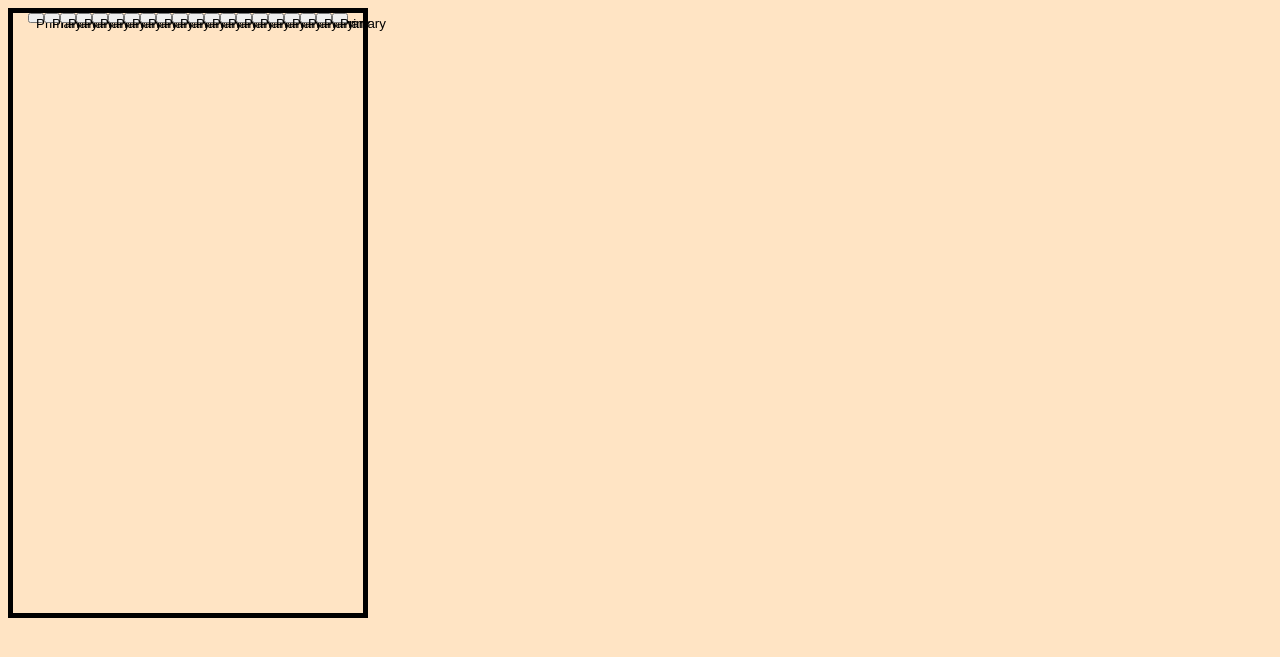
Repository: noahcallen/LAB-calculator
Page: index.html
An editor plug-in stored every save of this project. The page is shown before and after the next save, followed by the edit.
The browser window is 1280 px wide. The pictures show the whole page.

Above is the page before, as saved 2024-07-10 18:28:40.

After the next save:
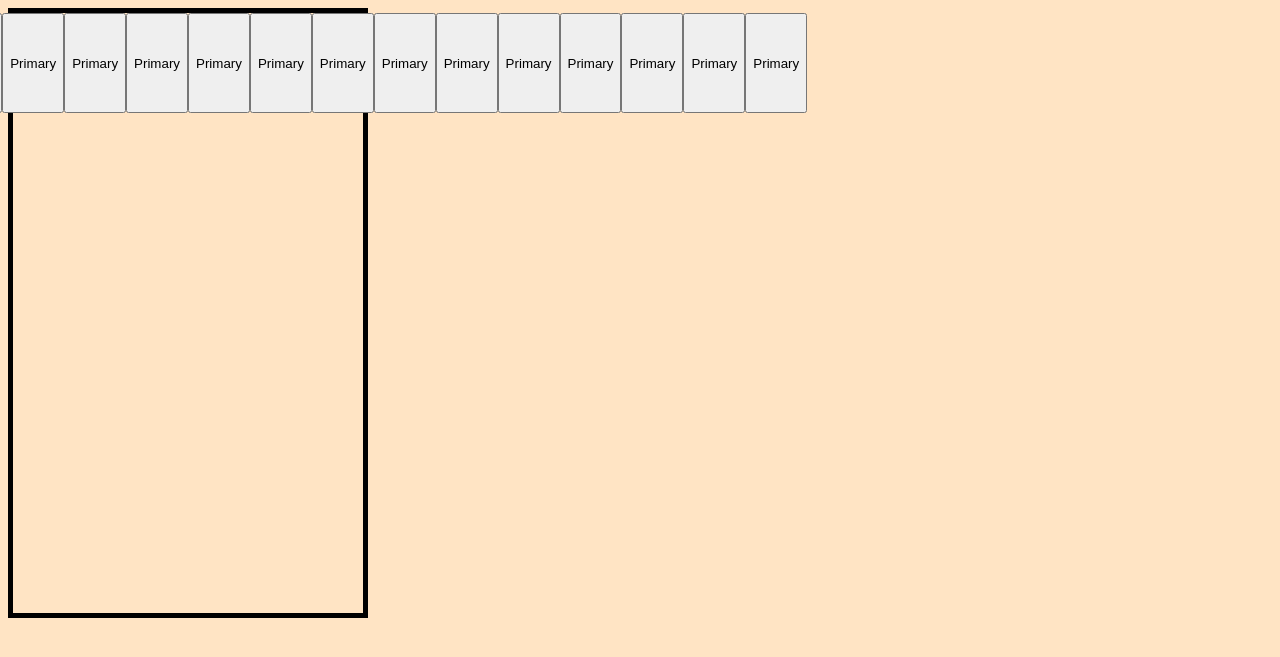
Saved 11 s later.
--- a/main.css
+++ b/main.css
@@ -11,6 +11,6 @@ body {
 }
 
 .btn {
-  height: 10px;
-  width: 10px;
+  height: 100px;
+  width: 100px;
 }
